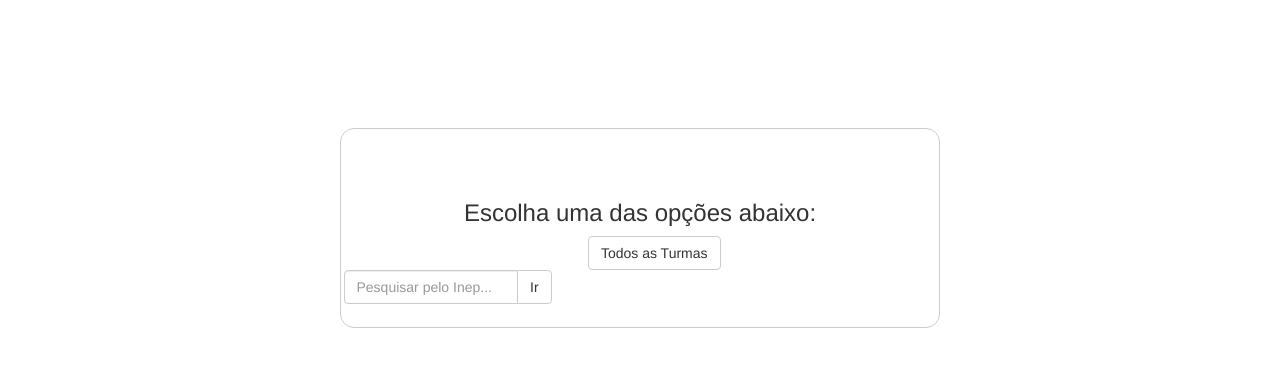
Repository: ipti/br.tag.webservice
Page: http://localhost/Restful-API-TAG/classrooms.jsp
An editor plug-in stored every save of this project. The page is shown before and after the next save, followed by the edit.
The browser window is 1280 px wide. The pictures show the whole page.
The page is served by Tomcat 9. Other server files are loaded and not shown.

Above is the page before, as saved 2016-04-27 14:14:37.

### Restful-API-TAG/WebContent/classrooms.jsp
<%@ page language="java" contentType="text/html; charset=ISO-8859-1"
    pageEncoding="ISO-8859-1"%>
<!DOCTYPE html PUBLIC "-//W3C//DTD HTML 4.01 Transitional//EN" "http://www.w3.org/TR/html4/loose.dtd">
<html>
<head>
<link rel="stylesheet" href="css/styles.css">
<link href="css/bootstrap.min.css" rel="stylesheet">
<meta http-equiv="Content-Type" content="text/html; charset=ISO-8859-1">
<title>API TAG - Classrooms</title>
</head>
<body>
	<div id="classroomDiv">
		<h3 id="titleClassroom">Escolha uma das opções abaixo:</h3>

		<div style="margin-left: 5%" class="btn-group-md text-center" role="group" aria-label="...">
			<div class="row">
				<div class="col-lg-6s">
					<a type="submit" class="btn btn-default" href="${pageContext.request.contextPath}/api/TagService/getClassrooms">Todos as Turmas</a>
				</div>
				<div class="col-lg-5"  style="margin-left: -7%;">
					<div class="input-group">
						<input type="text" class="form-control" placeholder="Pesquisar pelo Inep...">
						<span class="input-group-btn">
							<a class="btn btn-default" type="submit" href="${pageContext.request.contextPath}/api/TagService/getClassrooms/{inep_id}">Ir</a>
						</span>
					</div>
				</div>
			</div>
		</div>
	</div>
</body>
</html>

### Restful-API-TAG/WebContent/css/styles.css
@CHARSET "ISO-8859-1";

#mainDiv {
    /* Just to center the form on the page */
    margin: 10% auto;
    width: 500px;
    height: 200px;
    /* To see the outline of the form */
    padding: 1em;
    border: 1px solid #CCC;
    border-radius: 1em;
}

#divGroup {
	padding: 7px;
}

#studentDiv, #schoolDiv, #instructorDiv, #classroomDiv {
    /* Just to center the form on the page */
    margin: 10% auto;
    width: 600px;
    height: 200px;
    /* To see the outline of the form */
    padding: 1em;
    border: 1px solid #CCC;
    border-radius: 1em;
}

#titleH3 {
	text-align: center;
	margin-top: 10%;
}

#titleStudent, #titleSchool, #titleInstructor, #titleClassroom {
	text-align: center;
	margin-top: 10%;
}

Loaded but not shown: Restful-API-TAG/WebContent/css/bootstrap.min.css (library)

After the next save:
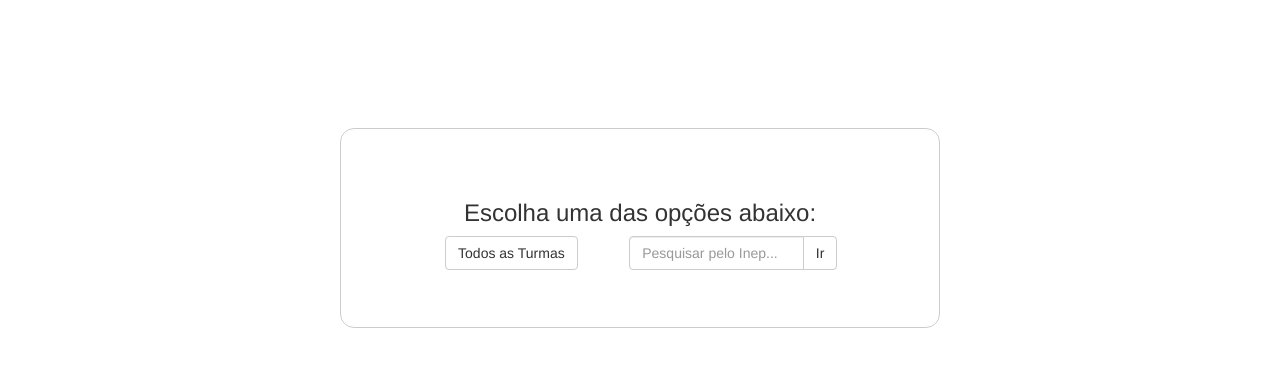
Saved 5 s later.
--- a/Restful-API-TAG/WebContent/classrooms.jsp
+++ b/Restful-API-TAG/WebContent/classrooms.jsp
@@ -14,7 +14,7 @@
 
 		<div style="margin-left: 5%" class="btn-group-md text-center" role="group" aria-label="...">
 			<div class="row">
-				<div class="col-lg-6s">
+				<div class="col-lg-6">
 					<a type="submit" class="btn btn-default" href="${pageContext.request.contextPath}/api/TagService/getClassrooms">Todos as Turmas</a>
 				</div>
 				<div class="col-lg-5"  style="margin-left: -7%;">
